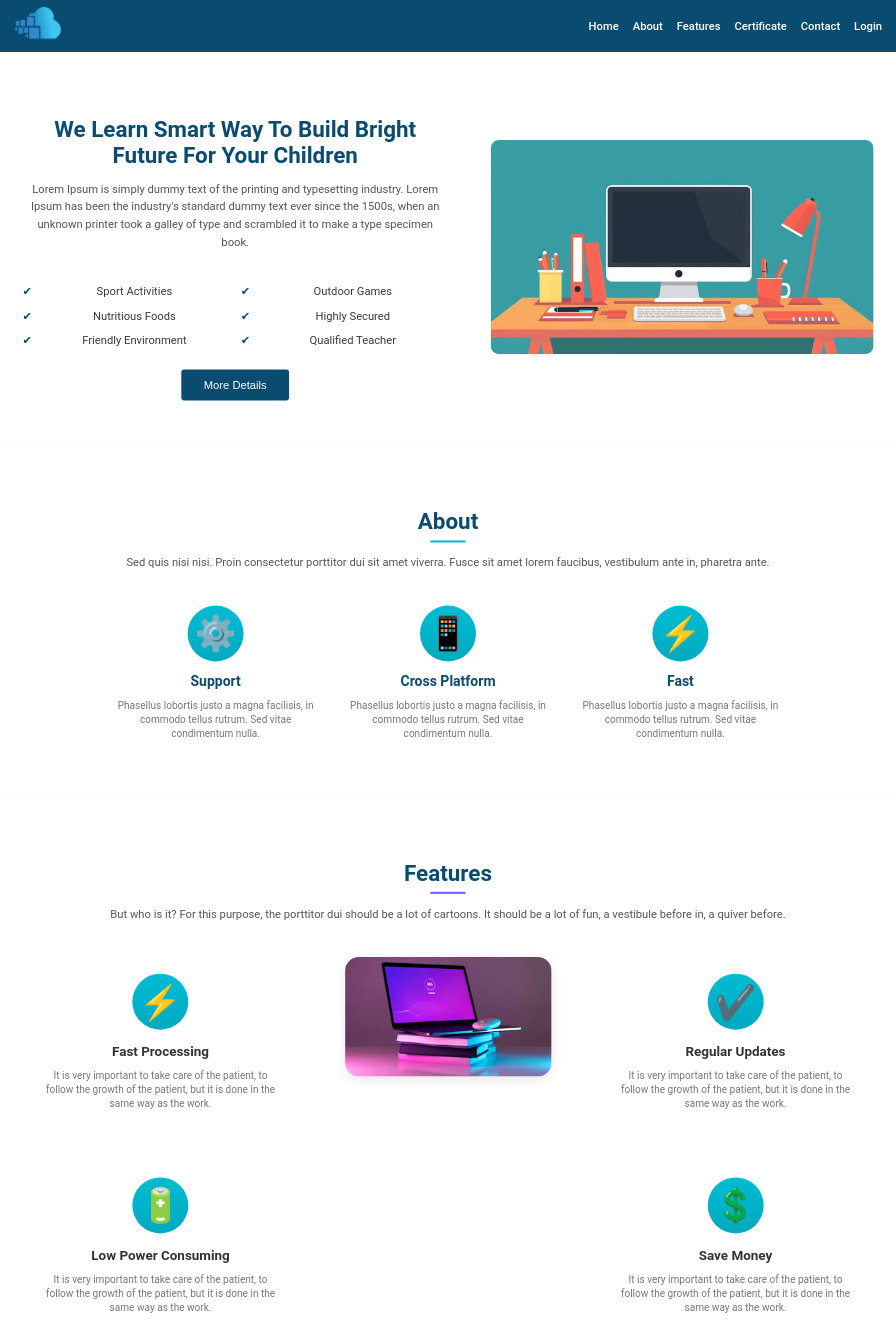
Repository: gautamsonam011/Institute
Page: /
The author's editor kept a copy of each file at every save. The page is drawn from the files as they stood at one save, then again after the next save.
The browser window is 1280 px wide. The pictures show the part of the page from y = 0 to 1920 px (the page is 3516 px tall before and 3608 px after), at 70% of full size.
The project was rebuilt for these pictures with package versions that can differ from the ones it lists, and the page was loaded fresh each time. Also part of the build but not shown: vite.config.js, src/Header.jsx, src/Sidebar.jsx, src/Home.jsx, src/students/Addstudent.jsx, src/students/allstudent.css, src/students/Allstudents.jsx, src/Fee management/feehead.css and 9 more.

Above is the page before, as saved 2024-11-28 11:19:28.

### src/components/Last.jsx
import React from 'react'
import Navbar from './Navbar';
import Main from './Main';
import About from './About';
import Features from './Features';
import Team from './Team';
import Contact from './Contact'
import Footer from './Footer';

const Last = () => {
  return (
    <div>
      <Navbar/>
      <Main/>
      <About/>
      <Features/>
      <Team/>
      <Contact/>
      <Footer/>
    </div>
  )
}

export default Last

### src/students/addstudent.css
.form-container {
    width: 96%;
    margin: auto;
    padding: 20px;
    border: 1px solid #ccc;
    border-radius: 10px;
    background-color: #e0f7fa;
    box-shadow: 0 4px 10px rgba(0, 0, 0, 0.1);
  }

  h2 {
    color: #047d8d;
    text-align: center;
    margin-bottom: 20px;
    font-size: 1.5rem;
  }

  .form-group {
    margin-bottom: 20px;
  }

  label {
    display: block;
    font-weight: bold;
    color: #047d8d;
    margin-bottom: 5px;
  }

  input, select, textarea {
    width: 98%;
    padding: 12px;
    margin-top: 5px;
    border: 1px solid #b0bec5;
    border-radius: 4px;
    font-size: 1rem;
    transition: border-color 0.3s;
  }

  input:focus, select:focus, textarea:focus {
    border-color: #047d8d;
    outline: none;
  }

  button {
    padding: 10px 20px;
    background-color: #047d8d;
    color: white;
    border: none;
    cursor: pointer;
    font-size: 16px;
  }

  button:active {
    background-color: #64bdc9;;
  }

### src/components/Navbar.jsx
import React, { useState } from "react";
import "./navbar.css";
import image from "../assets/image.png";

const Navbar = () => {
  const [isModalOpen, setModalOpen] = useState(false);
  const [studentNo, setStudentNo] = useState("");
  const [loading, setLoading] = useState(false);
  const [error, setError] = useState(null);
  const [menuOpen, setMenuOpen] = useState(false); // State for menu visibility

  const handleCertificateClick = () => {
    setModalOpen(true);
  };

  const closeModal = () => {
    setModalOpen(false);
    setError(null); // Reset error when closing the modal
  };

  const handleStudentNoChange = (e) => {
    setStudentNo(e.target.value);
  };

  const handleDownloadCertificate = async (e) => {
    e.preventDefault();
    setLoading(true);
    setError(null);

    if (!studentNo) {
      setError("Please enter a valid Student ID");
      setLoading(false);
      return;
    }

    try {
      // API call to download the certificate based on the student ID
      const response = await fetch(
        `http://127.0.0.1:8000/certificates/certificate/${studentNo}`,
        {
          method: "GET",
          headers: {
            "Content-Type": "application/json",
          },
        }
      );

      if (!response.ok) {
        throw new Error("Certificate not found or invalid Student ID");
      }

      // Create a Blob (binary data) for the downloaded certificate
      const blob = await response.blob();

      // Create a download link for the Blob and trigger the download
      const link = document.createElement("a");
      link.href = URL.createObjectURL(blob);
      link.download = `certificate_${studentNo}.pdf`; // Assuming the certificate is a PDF
      link.click();
    } catch (err) {
      setError(err.message);
    } finally {
      setLoading(false);
    }
  };

  const toggleMenu = () => {
    setMenuOpen(!menuOpen); // Toggle the menu visibility
  };

  return (
    <div>
      <nav className="navbar">
        <div className="logo">
          <img src={image} alt="Logo" />
        </div>
        <div className={`nav-links ${menuOpen ? "active" : ""}`}>

            <li><a href="#home">Home</a></li>
            <li><a href="#about">About</a></li>
            <li><a href="#features">Features</a></li>
            <li><a href="#certificate" onClick={handleCertificateClick}>Certificate</a></li>
            <li><a href="#contact">Contact</a></li>
            <li><a href="/login">Login</a></li>

        </div>
        <div className="hamburger" onClick={toggleMenu}>
          <span className="bar"></span>
          <span className="bar"></span>
          <span className="bar"></span>
        </div>
      </nav>

      {isModalOpen && (
        <div className="modal">
          <div className="modal-content">
            <span className="close-btn" onClick={closeModal}>&times;</span>
            <h2>Download Certificate</h2>
            <form onSubmit={handleDownloadCertificate}>
              <label>Student No:</label>
              <input
                type="text"
                name="studentNo"
                value={studentNo}
                onChange={handleStudentNoChange}
                placeholder="Enter Student No"
                required
              />
              <button type="submit" disabled={loading}>
                {loading ? "Downloading..." : "Download Certificate"}
              </button>
            </form>
            {error && <p className="error">{error}</p>}
          </div>
        </div>
      )}
    </div>
  );
};

export default Navbar;

### src/components/Main.jsx
import React from "react";
import "./main.css";
import mainbg2 from '../assets/mainbg2.jpg'

const AboutSection = () => {
  return (
    <div className="about-section">
      <div className="about-content">
        {/* <h3 className="about-heading"></h3> */}
        <h2 className="about-title">
          We Learn Smart Way To Build Bright Future For Your Children
        </h2>
        <p className="about-description">
          Lorem Ipsum is simply dummy text of the printing and typesetting
          industry. Lorem Ipsum has been the industry's standard dummy text
          ever since the 1500s, when an unknown printer took a galley of type
          and scrambled it to make a type specimen book.
        </p>
        <ul className="about-list">
          <li>Sport Activities</li>
          <li>Outdoor Games</li>
          <li>Nutritious Foods</li>
          <li>Highly Secured</li>
          <li>Friendly Environment</li>
          <li>Qualified Teacher</li>
        </ul>
        <button className="about-button">More Details</button>
      </div>
      <div className="about-image-container">
        <img
          src={mainbg2} /* Replace with actual image URL */
          alt="Children learning"
          className="about-image"
        />
      </div>
    </div>
  );
};

export default AboutSection;

### src/components/About.jsx
import React from "react";
import "./about.css";

const About = () => {
  return (
    <section className="about-section" id="about">
      <div className="about-container">
        <h2 className="about-title">About</h2>
        <hr className="about-divider" />
        <p className="about-description">
          Sed quis nisi nisi. Proin consectetur porttitor dui sit amet viverra.
          Fusce sit amet lorem faucibus, vestibulum ante in, pharetra ante.
        </p>
        <div className="about-features">
          <div className="feature">
            <div className="feature-icon support-icon"></div>
            <h3>Support</h3>
            <p>
              Phasellus lobortis justo a magna facilisis, in commodo tellus
              rutrum. Sed vitae condimentum nulla.
            </p>
          </div>
          <div className="feature">
            <div className="feature-icon cross-platform-icon"></div>
            <h3>Cross Platform</h3>
            <p>
              Phasellus lobortis justo a magna facilisis, in commodo tellus
              rutrum. Sed vitae condimentum nulla.
            </p>
          </div>
          <div className="feature">
            <div className="feature-icon fast-icon"></div>
            <h3>Fast</h3>
            <p>
              Phasellus lobortis justo a magna facilisis, in commodo tellus
              rutrum. Sed vitae condimentum nulla.
            </p>
          </div>
        </div>
      </div>
    </section>
  );
};

export default About;

### src/components/Team.jsx
import React from "react";
import "./team.css";
import user1 from '../assets/user1.jpg';
import user2 from '../assets/user2.jpg';
import user3 from '../assets/user3.jpg'

const OurTeam = () => {
  const teamMembers = [
    {
      name: "Jane Doe",
      image: user1, // Replace with the correct image path
      title: "Web Developer",
    },
    {
      name: "John Smith",
      image: user2, // Replace with the correct image path
      title: "UI/UX Designer",
    },
    {
      name: "Mike Johnson",
      image: user3, // Replace with the correct image path
      title: "Project Manager",
    },
  ];

  return (
    <section className="our-team">
      <div className="container">
        <h2 className="team-heading">Our Team</h2>
        <p className="team-description">
          Sed quis nisi nisi. Proin consectetur porttitor dui sit amet viverra. Fusce sit amet lorem faucibus, vestibulum ante in, pharetra ante.
        </p>
        <div className="team-members">
          {teamMembers.map((member, index) => (
            <div key={index} className="team-member">
              <img
                src={member.image}
                alt={member.name}
                className="team-member-img"
              />
              <h3 className="member-name">{member.name}</h3>
              <p className="member-title">{member.title}</p>
            </div>
          ))}
        </div>
      </div>
    </section>
  );
};

export default OurTeam;

### src/components/navbar.css
/* Navbar Styles */
.navbar {
  display: flex;
  justify-content: space-between;
  align-items: center;
  padding: 10px 20px;
  background-color: #0a4c70;
  color: white;
  position: sticky;
  top: 0;
  z-index: 1000;
}

.logo img {
  height: 50px;
  width: auto;
}

.nav-links {
  display: flex;
  list-style: none;
  gap: 20px;
}

.nav-links li a {
  text-decoration: none;
  color: white;
  font-size: 1rem;
  font-weight: 500;
}

.nav-links li a:hover {
  color: #00d4ff;
}

.hamburger {
  display: none;
  flex-direction: column;
  cursor: pointer;
}

.hamburger .bar {
  background-color: white;
  height: 3px;
  width: 25px;
  margin: 3px 0;
}

@media (max-width: 768px) {
  .hamburger {
    display: flex;
  }

  .nav-links {
    display: none;
    flex-direction: column;
  }

  .nav-links.active {
    display: flex;
  }
}

/* Modal Styles */
.modal {
  position: fixed;
  top: 0;
  left: 0;
  width: 100%;
  height: 100%;
  background-color: rgba(0, 0, 0, 0.6);
  display: flex;
  justify-content: center;
  align-items: center;
  z-index: 1001;
}

.modal-content {
  background-color: white;
  padding: 20px;
  border-radius: 8px;
  width: 90%;
  max-width: 400px;
  text-align: center;
  position: relative;
}

.close-btn {
  position: absolute;
  top: 10px;
  right: 10px;
  cursor: pointer;
  font-size: 20px;
}

.modal-content h2 {
  margin-bottom: 15px;
  color: #0a4c70;
}

.modal-content form label {
  display: block;
  text-align: left;
  margin-bottom: 5px;
  font-weight: bold;
}

.modal-content form input {
  width: 100%;
  margin-bottom: 15px;
  padding: 10px;
  border: 1px solid #ddd;
  border-radius: 5px;
}

.modal-content form button {
  background-color: #0a4c70;
  color: white;
  border: none;
  padding: 10px;
  border-radius: 5px;
  cursor: pointer;
  font-size: 1rem;
  font-weight: bold;
}

.modal-content .error {
  color: red;
  margin-top: 10px;
}

### src/components/main.css
/* About Section Styling */
.about-section {
  display: flex;
  align-items: center;
  justify-content: space-between;
  gap: 2rem;
  padding: 3rem;
  background-color: #fefefe;
  flex-wrap: wrap; /* Makes it responsive */
}

.about-content {
  max-width: 50%;
}

.about-heading {
  color: #0a4c70;
  font-size: 1.5rem;
  font-weight: 600;
  margin-bottom: 1rem;
}

.about-title {
  font-size: 2.5rem;
  font-weight: 700;
  margin-bottom: 1.5rem;
  color: #343a40;
}

.about-description {
  font-size: 1rem;
  line-height: 1.8;
  margin-bottom: 1.5rem;
  color: #555;
}

.about-list {
  display: grid;
  grid-template-columns: repeat(2, 1fr);
  gap: 1rem;
  margin-bottom: 2rem;
  list-style: none;
  padding: 0;
}

.about-list li {
  font-size: 1rem;
  color: #343a40;
  position: relative;
  padding-left: 1.5rem;
}

.about-list li::before {
  content: "✔";
  position: absolute;
  left: 0;
  color: #0a4c70;
}

.about-button {
  background-color: #0a4c70;
  color: white;
  border: none;
  border-radius: 4px;
  padding: 0.8rem 2rem;
  font-size: 1rem;
  cursor: pointer;
}

.about-image-container {
  position: relative;
  max-width: 45%;
}

.about-image {
  width: 100%;
  border-radius: 12px;
}

/* .play-button {
  position: absolute;
  top: 50%;
  left: 50%;
  transform: translate(-50%, -50%);
  background-color: rgba(255, 255, 255, 0.8);
  border-radius: 50%;
  width: 70px;
  height: 70px;
  display: flex;
  align-items: center;
  justify-content: center;
  font-size: 1.5rem;
  color: #ff6fa3;
  cursor: pointer;
} */

/* Responsive Design */
@media (max-width: 768px) {
  .about-section {
    flex-direction: column;
    text-align: center;
    padding: 1.5rem;
  }

  .about-content {
    max-width: 100%;
  }

  .about-image-container {
    max-width: 100%;
  }
}

### src/components/about.css
.about-section {
    padding: 4rem 2rem;
    text-align: center;
    background-color: white;
  }

  .about-container {
    max-width: 1200px;
    margin: 0 auto;
  }

  .about-title {
    font-size: 2rem;
    color: #0a4c70;
    font-weight: bold;
    margin-bottom: 0.5rem;
  }

  .about-divider {
    width: 50px;
    height: 3px;
    background-color: #00bcd4;
    border: none;
    margin: 0.5rem auto;
  }

  .about-description {
    font-size: 1rem;
    color: #555;
    margin: 1rem 0 3rem;
    line-height: 1.6;
  }

  .about-features {
    display: flex;
    justify-content: center;
    gap: 2rem;
    flex-wrap: wrap;
  }

  .feature {
    text-align: center;
    max-width: 300px;
  }

  .feature-icon {
    width: 80px;
    height: 80px;
    margin: 0 auto 1rem;
    border-radius: 50%;
    background: linear-gradient(to bottom, #00bcd4, #00a9c0);
    display: flex;
    justify-content: center;
    align-items: center;
    font-size: 2rem;
    color: white;
    transition: transform 0.3s ease, background-color 0.3s ease;
  }

  .feature-icon:hover {
    transform: scale(1.2); /* Enlarges the icon on hover */
    background: linear-gradient(to bottom, #00a9c0, #00bcd4); /* Reverses the gradient */
    cursor: pointer;
  }

  .support-icon::before {
    content: "⚙️"; /* Replace with an actual image or icon if desired */
  }

  .cross-platform-icon::before {
    content: "📱"; /* Replace with an actual image or icon if desired */
  }

  .fast-icon::before {
    content: "⚡"; /* Replace with an actual image or icon if desired */
  }

  .feature h3 {
    font-size: 1.25rem;
    color: #0a4c70;
    margin: 0.5rem 0;
  }

  .feature p {
    font-size: 0.9rem;
    color: #777;
    line-height: 1.4;
  }

### src/components/team.css
.our-team {
    text-align: center;
    padding: 50px 20px;
    background-color: #f9f9f9;
  }

  .team-heading {
    font-size: 2rem;
    color: #0a4c70;
    font-weight: bold;
    margin-bottom: 20px;
  }

  .team-description {
    color: #555;
    font-size: 1rem;
    margin-bottom: 40px;
  }

  .team-members {
    display: flex;
    justify-content: center;
    gap: 60px; /* Increased gap between images */
    flex-wrap: wrap;
  }

  .team-member {
    max-width: 250px; /* Allows for a larger size */
    text-align: center;
  }

  .team-member-img {
    width: 150px; /* Larger circle size */
    height: 150px; /* Match width for a perfect circle */
    border-radius: 50%;
    object-fit: cover;
    margin-bottom: 15px;
    border: 3px solid #ddd; /* Optional: Add a border for better appearance */
  }

  .member-name {
    font-size: 1rem;
    font-weight: bold;
    color: #333;
    margin-top: 10px;
  }

  .member-title {
    font-size: 0.9rem;
    color: #777;
  }

### src/components/footer.css
.footer {
    background-color: #0a4c70;
    color: white;
    padding: 40px 20px;
    text-align: center;
  }

  .container {
    max-width: 1200px;
    margin: 0 auto;
  }

  .footer-content {
    display: flex;
    justify-content: space-between;
    flex-wrap: wrap;
    margin-bottom: 20px;
  }

  .footer-section {
    flex: 1;
    min-width: 200px;
    margin: 10px;
  }

  .footer-section h3 {
    font-size: 1.2rem;
    margin-bottom: 10px;
    color: #e0f7fa;
  }

  .footer-section p,
  .footer-section a {
    font-size: 0.9rem;
    color: white;
    line-height: 1.6;
  }

  .footer-section a {
    text-decoration: none;
    color: #e0f7fa;
  }

  .footer-section a:hover {
    text-decoration: underline;
  }

  .footer-links {
    list-style: none;
    padding: 0;
  }

  .footer-links li {
    margin-bottom: 8px;
  }

  .footer-links a {
    color: white;
    text-decoration: none;
  }

  .footer-links a:hover {
    text-decoration: underline;
  }

  .footer-social {
    margin: 20px 0;
  }

  .social-icon {
    margin: 0 10px;
    font-size: 1.2rem;
    color: white;
    text-decoration: none;
  }

  .social-icon:hover {
    color: #e0f7fa;
  }

  .footer-bottom {
    border-top: 1px solid #e0f7fa;
    padding-top: 10px;
    font-size: 0.8rem;
    color: #e0f7fa;
  }

Loaded but not shown: index.html (common file); src/main.jsx (common file); src/App.css (268 lines, source omitted); src/App.jsx (72 lines, source omitted); src/components/Features.jsx (77 lines, source omitted); src/components/features.css (155 lines, source omitted); src/components/Contact.jsx (73 lines, source omitted); src/components/contact.css (125 lines, source omitted); src/components/Footer.jsx (58 lines, source omitted)

After the next save:
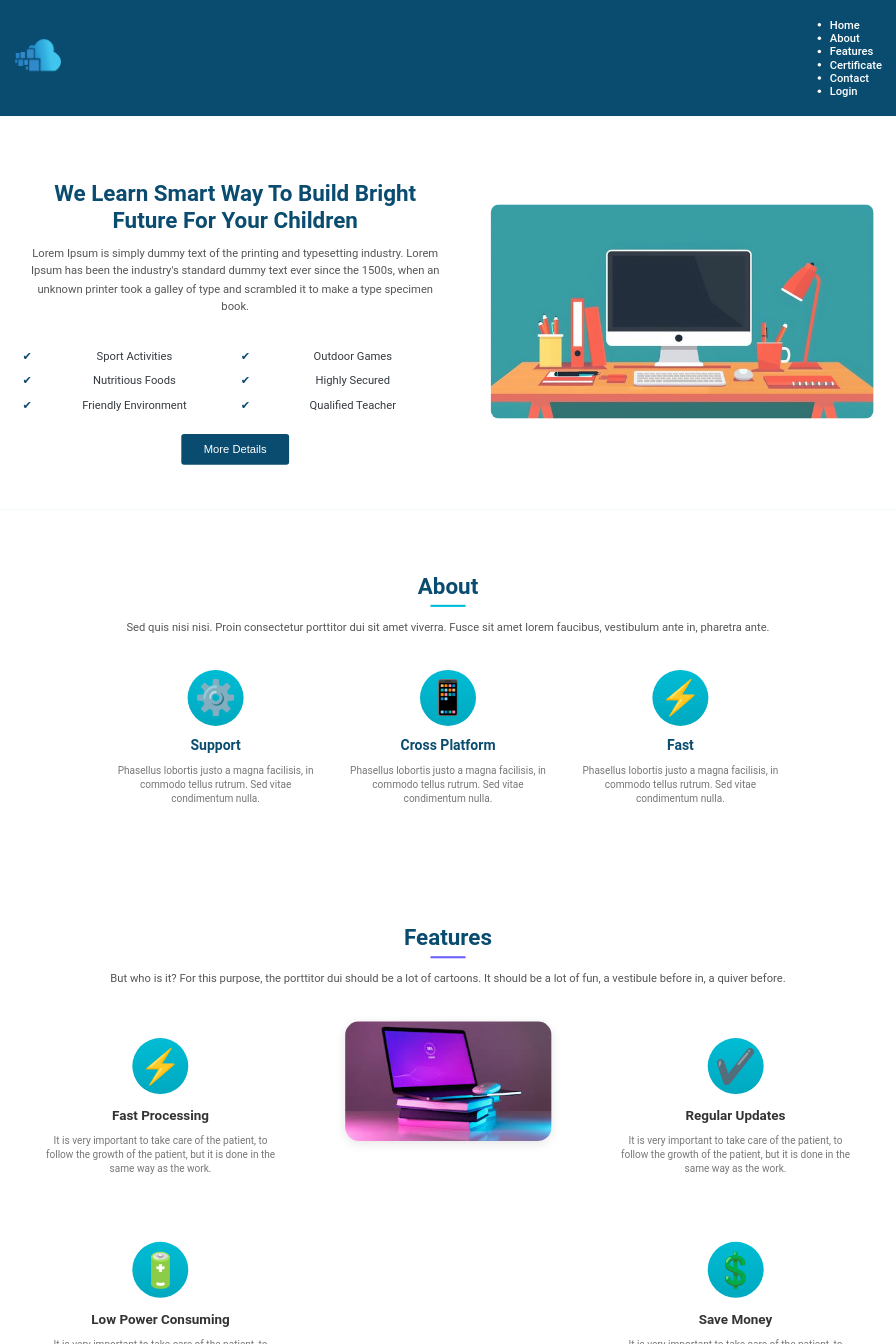
Saved 2 min 11 s later.
--- a/src/components/Navbar.jsx
+++ b/src/components/Navbar.jsx
@@ -75,14 +75,14 @@
           <img src={image} alt="Logo" />
         </div>
         <div className={`nav-links ${menuOpen ? "active" : ""}`}>
-
+          <ul>
             <li><a href="#home">Home</a></li>
             <li><a href="#about">About</a></li>
             <li><a href="#features">Features</a></li>
             <li><a href="#certificate" onClick={handleCertificateClick}>Certificate</a></li>
             <li><a href="#contact">Contact</a></li>
             <li><a href="/login">Login</a></li>
-
+          </ul>
         </div>
         <div className="hamburger" onClick={toggleMenu}>
           <span className="bar"></span>

After the 2 saves that followed:
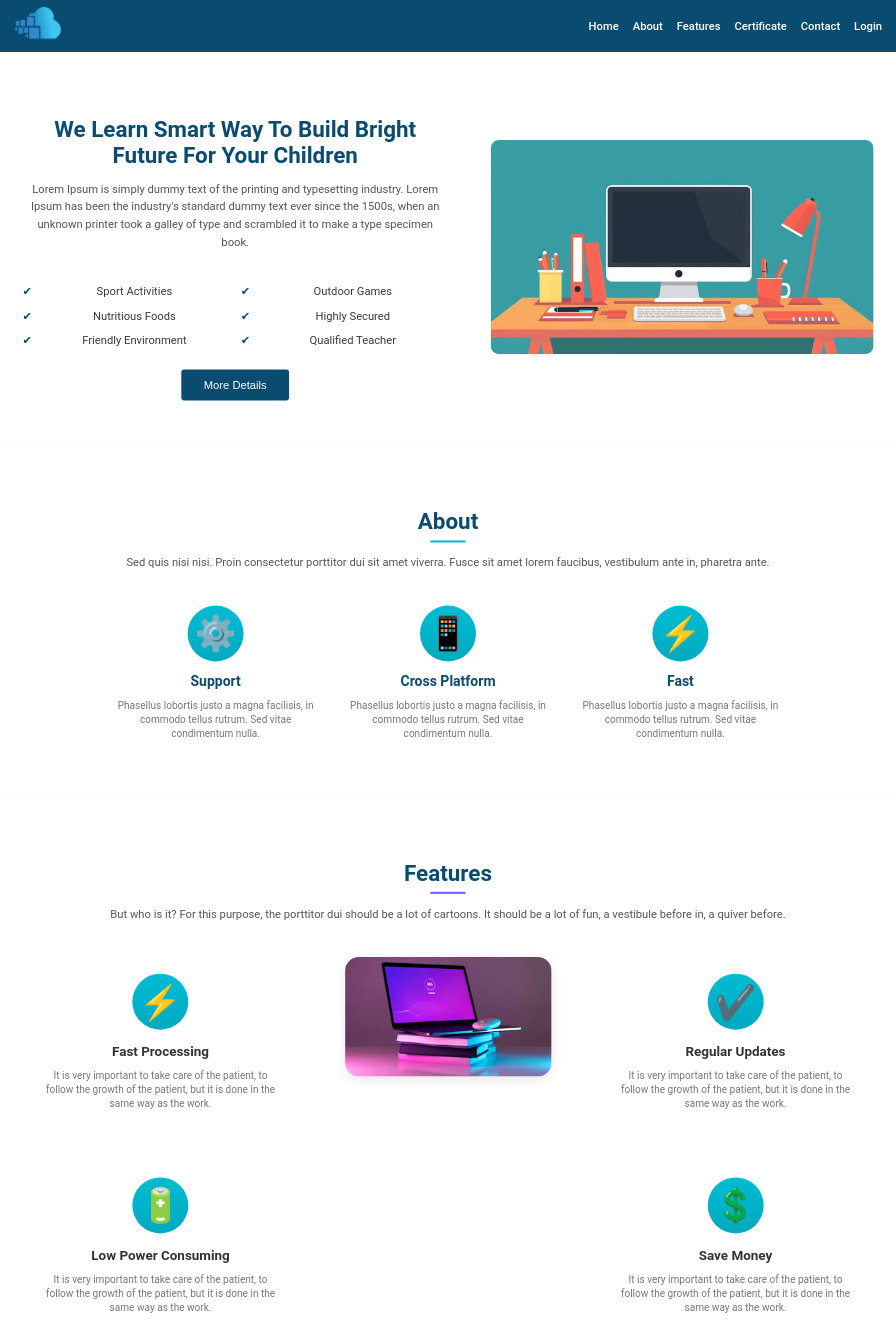
The 2 saves are shown as one change because 1 left the picture as it was.
The last was saved 42 s later.
--- a/src/components/Navbar.jsx
+++ b/src/components/Navbar.jsx
@@ -75,14 +75,14 @@
           <img src={image} alt="Logo" />
         </div>
         <div className={`nav-links ${menuOpen ? "active" : ""}`}>
-          <ul>
+
             <li><a href="#home">Home</a></li>
             <li><a href="#about">About</a></li>
             <li><a href="#features">Features</a></li>
             <li><a href="#certificate" onClick={handleCertificateClick}>Certificate</a></li>
             <li><a href="#contact">Contact</a></li>
             <li><a href="/login">Login</a></li>
-          </ul>
+
         </div>
         <div className="hamburger" onClick={toggleMenu}>
           <span className="bar"></span>
--- a/src/components/navbar.css
+++ b/src/components/navbar.css
@@ -90,7 +90,12 @@
   top: 10px;
   right: 10px;
   cursor: pointer;
-  font-size: 20px;
+  font-size: 24px;
+  color: #0a4c70;
+}
+
+.close-btn:hover {
+  color: red; /* Color change on hover */
 }
 
 .modal-content h2 {
